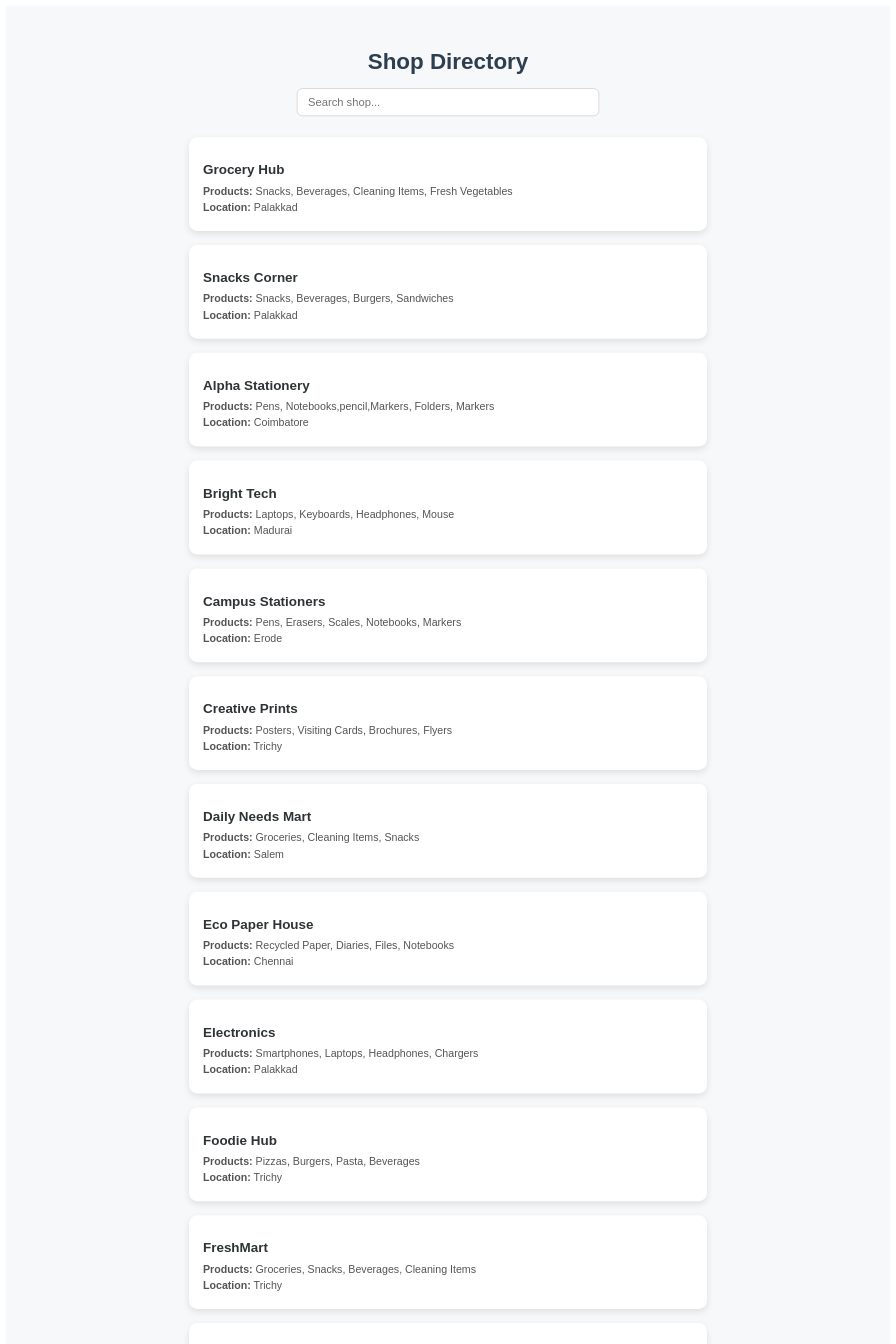
Repository: Pavithra-09git/CarSort
Page: /
The author's editor kept a copy of each file at every save. The page is drawn from the files as they stood at one save, then again after a run of saves.
The browser window is 1280 px wide. The pictures show the part of the page from y = 0 to 1920 px (the page is 4842 px tall before and 816 px after), at 70% of full size.
The project was rebuilt for these pictures with package versions that can differ from the ones it lists, and the page was loaded fresh each time. Also part of the build but not shown: vite.config.js.

Above is the page before, as saved 2025-10-26 12:06:24.

### index.html
<!doctype html>
<html lang="en">
  <head>
    <meta charset="UTF-8" />
    <link rel="icon" type="image/svg+xml" href="/vite.svg" />
    <meta name="viewport" content="width=device-width, initial-scale=1.0" />
    <title>table</title>
  </head>
  <body>
    <div id="root"></div>
    <script type="module" src="/src/main.jsx"></script>
  </body>
</html>

### src/App.jsx
import React, { useState } from "react";
import {shops} from './data'
import "./App.css";

function App() {
  const [search, setSearch] = useState("");



  // Sort alphabetically
  const sortedShops = [...shops].sort((a, b) => a.name.localeCompare(b.name));

  // Filter by search input
  const filteredShops = sortedShops.filter((shop) =>
    shop.name.toLowerCase().includes(search.toLowerCase()) ||
  shop.products.toLowerCase().includes(search.toLowerCase())
  );

  return (
    <div className="container">
      <h1>Shop Directory</h1>

      <input
        type="text"
        placeholder="Search shop..."
        value={search}
        onChange={(e) => setSearch(e.target.value)}
        className="search-box"
      />

      <div className="card-column">
        {filteredShops.length > 0 ? (
          filteredShops.map((shop) => (
            <div className="card" key={shop.id}>
              <h2>{shop.name}</h2>
              <p>
                <strong>Products:</strong> {shop.products}
              </p>
              <p>
                <strong>Location:</strong> {shop.location}
              </p>
            </div>
          ))
        ) : (
          <p className="no-result">No shops found.</p>
        )}
      </div>
    </div>
  );
}

export default App;

### src/data.js
export const shops = [
  { id: 1, name: "Alpha Stationery", products: "Pens, Notebooks,pencil,Markers, Folders, Markers", location: "Coimbatore" },
  { id: 2, name: "Eco Paper House", products: "Recycled Paper, Diaries, Files, Notebooks", location: "Chennai" },
  { id: 3, name: "Campus Stationers", products: "Pens, Erasers, Scales, Notebooks, Markers", location: "Erode" },
  { id: 4, name: "Paper World", products: "Files, Diaries, Folders, A4 Sheets, Notebooks", location: "Chennai" },
  { id: 5, name: "Office Essentials", products: "Pens, Files, Notebooks, Diaries, Staplers", location: "Madurai" },
  { id: 6, name: "Stationery Hub", products: "Pens, Notebooks, Pencils, Markers", location: "Palakkad" },
  { id: 7, name: "Notebook Planet", products: "Notebooks, Diaries,pencil Folders, Pens", location: "Palakkad" },
  { id: 8, name: "Bright Tech", products: "Laptops, Keyboards, Headphones, Mouse", location: "Madurai" },
  { id: 9, name: "Smart Gadgets Hub", products: "Smartphones, Chargers, Speakers, Headphones", location: "Coimbatore" },
  { id: 10, name: "Techno Zone", products: "Laptops, Mouse, Monitors, Chargers, Keyboards", location: "Trichy" },
  { id: 11, name: "Gadget World", products: "Smartphones, Laptops, Headphones, Speakers, Monitors", location: "Salem" },
  { id: 12, name: "Electronics", products: "Smartphones, Laptops, Headphones, Chargers", location: "Palakkad" },
  { id: 13, name: "Daily Needs Mart", products: "Groceries, Cleaning Items, Snacks", location: "Salem" },
  { id: 14, name: "Green Leaf Grocers", products: "Snacks, Organic Food, Cleaning Items, Vegetables", location: "Coimbatore" },
  { id: 15, name: "Home Essentials", products: "Cleaning Items, Groceries, Snacks, Toiletries", location: "Salem" },
  { id: 16, name: "QuickMart", products: "Groceries, Beverages, Snacks, Household Items", location: "Chennai" },
  { id: 17, name: " Grocery Hub", products: "Snacks, Beverages, Cleaning Items, Fresh Vegetables", location: "Palakkad" },
  { id: 18, name: "FreshMart", products: "Groceries, Snacks, Beverages, Cleaning Items", location: "Trichy" },
  { id: 19, name: "Tasty Treats", products: "Burgers, Pizzas, Sandwiches, Beverages", location: "Chennai" },
  { id: 20, name: "Healthy Bites", products: "Salads, Smoothies, Sandwiches, Juices", location: "Coimbatore" },
  { id: 21, name: "Foodie Hub", products: "Pizzas, Burgers, Pasta, Beverages", location: "Trichy" },
  { id: 22, name: " Snacks Corner", products: "Snacks, Beverages, Burgers, Sandwiches", location: "Palakkad" },
  { id: 23, name: "Snack Attack", products: "Burgers, Sandwiches, Fries, Beverages", location: "Madurai" },
  { id: 24, name: "Knowledge Academy", products: "Books, Stationery, Educational Kits", location: "Madurai" },
  { id: 25, name: "Smart Learning Center", products: "Books, Worksheets, Study Materials, Learning Kits", location: "Coimbatore" },
  { id: 26, name: "Learning Hub", products: "Books, Notebooks, Educational Games, Worksheets", location: "Palakkad" },
  { id: 27, name: "Study Smart", products: "Books, Worksheets, Notebooks, Study Kits", location: "Trichy" },
  { id: 28, name: "Creative Prints", products: "Posters, Visiting Cards, Brochures, Flyers", location: "Trichy" },
  { id: 29, name: "PrintCraft Studio", products: "Brochures, Business Cards, Posters, Flyers, Banners", location: "Coimbatore" },
  { id: 30, name: "Print Hub", products: "Business Cards, Brochures, Posters, Flyers", location: "Palakkad" }
];

### src/App.css
/* Main container */
.container {
  min-height: 100vh;
  background-color: #f7f8fa;
  display: flex;
  flex-direction: column;
  align-items: center;
  padding: 40px 20px;
  font-family: "Poppins", sans-serif;
}

/* Title */
h1 {
  color: #2c3e50;
  margin-bottom: 20px;
  font-size: 2rem;
  text-align: center;
}

/* Search bar */
.search-box {
  width: 100%;
  max-width: 400px;
  padding: 10px 15px;
  border: 1px solid #ccc;
  border-radius: 8px;
  outline: none;
  font-size: 16px;
  transition: 0.3s;
  margin-bottom: 30px;
}

.search-box:focus {
  border-color: #007bff;
  box-shadow: 0 0 5px rgba(0, 123, 255, 0.3);
}

/* Cards vertical layout */
.card-column {
  display: flex;
  flex-direction: column;
  align-items: center;
  gap: 20px;
  width: 100%;
  max-width: 700px;
}

/* Individual card */
.card {
  background-color: white;
  border-radius: 12px;
  box-shadow: 0 4px 10px rgba(0, 0, 0, 0.1);
  width: 100%;
  padding: 20px;
  transition: transform 0.3s ease, box-shadow 0.3s ease;
}

.card:hover {
  transform: translateY(-5px);
  box-shadow: 0 6px 15px rgba(0, 0, 0, 0.15);
}

/* Card text */
.card h2 {
  font-size: 1.2rem;
  color: #2d3436;
  margin-bottom: 10px;
}

.card p {
  font-size: 0.95rem;
  color: #555;
  margin: 6px 0;
}

/* No result text */
.no-result {
  color: #777;
  text-align: center;
  font-size: 1rem;
}

Loaded but not shown: src/main.jsx (common file)

After the next 5 saves:
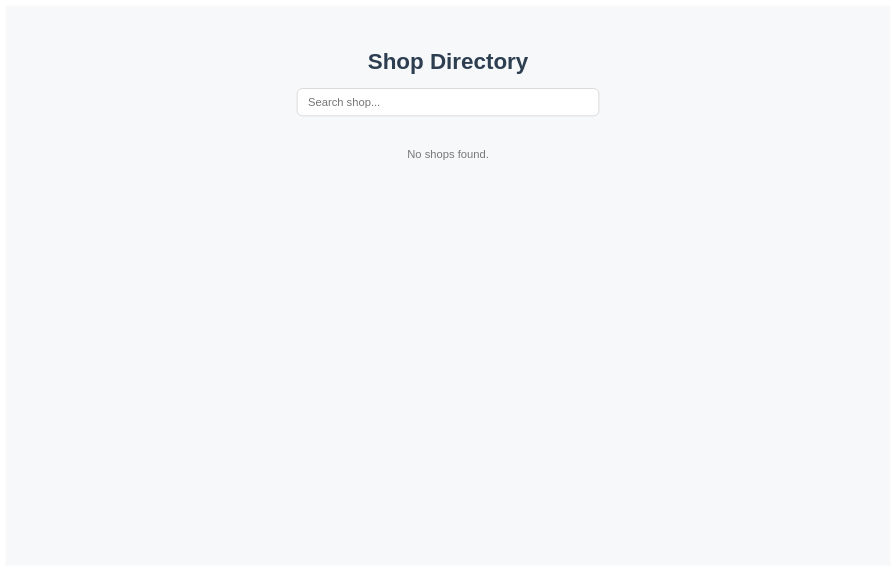
The 5 saves are shown as one change because they came seconds apart.
The last was saved 80 s later.
--- a/src/App.jsx
+++ b/src/App.jsx
@@ -11,7 +11,7 @@
   const sortedShops = [...shops].sort((a, b) => a.name.localeCompare(b.name));
 
   // Filter by search input
-  const filteredShops = sortedShops.filter((shop) =>
+  const filteredShops = sortedShops.find((shop) =>
     shop.name.toLowerCase().includes(search.toLowerCase()) ||
   shop.products.toLowerCase().includes(search.toLowerCase())
   );

After the 4 saves that followed:
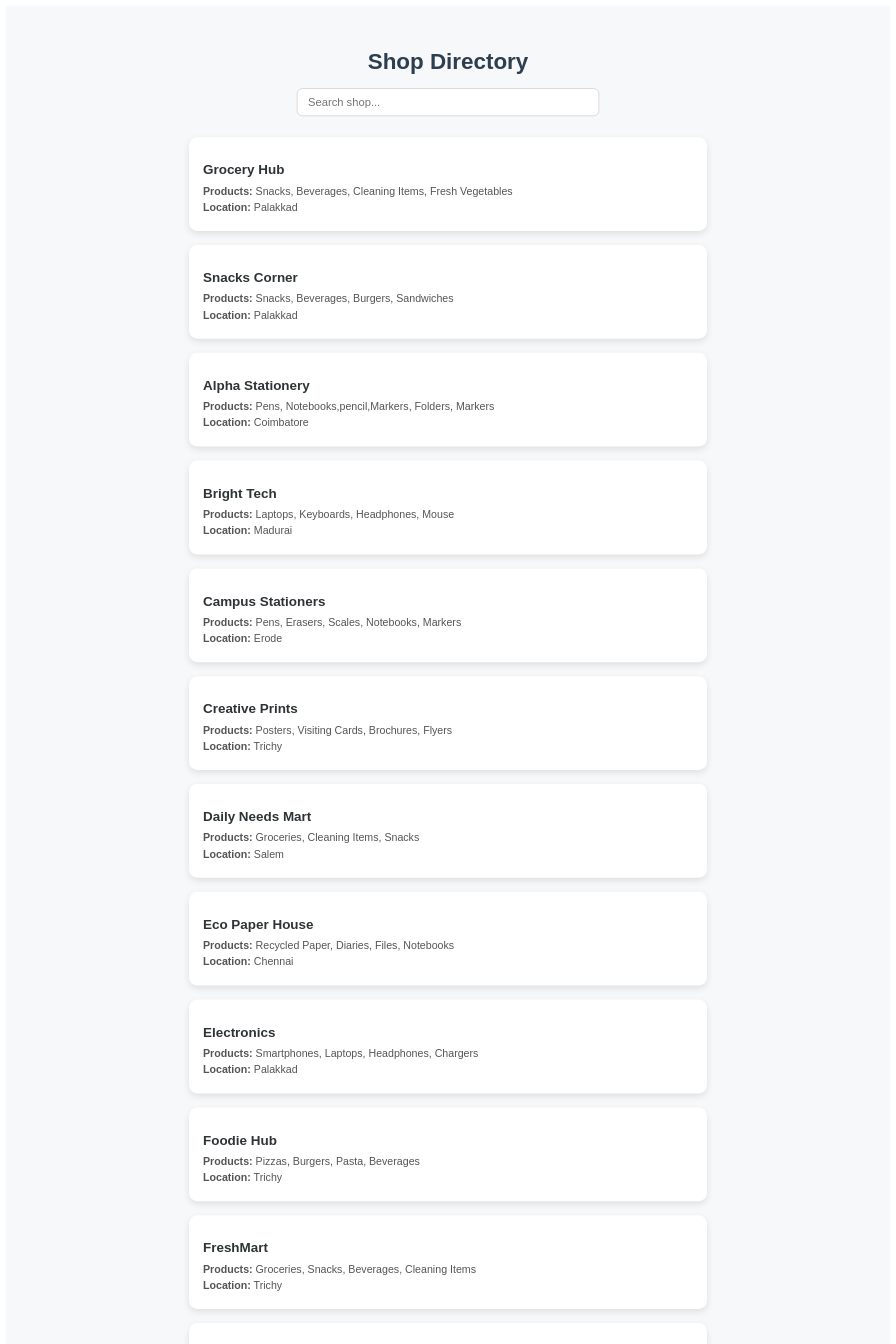
The 4 saves are shown as one change because they came seconds apart.
The last was saved 42 s later.
--- a/src/App.jsx
+++ b/src/App.jsx
@@ -11,7 +11,7 @@
   const sortedShops = [...shops].sort((a, b) => a.name.localeCompare(b.name));
 
   // Filter by search input
-  const filteredShops = sortedShops.find((shop) =>
+  const filteredShops = sortedShops.filter((shop) =>
     shop.name.toLowerCase().includes(search.toLowerCase()) ||
   shop.products.toLowerCase().includes(search.toLowerCase())
   );
